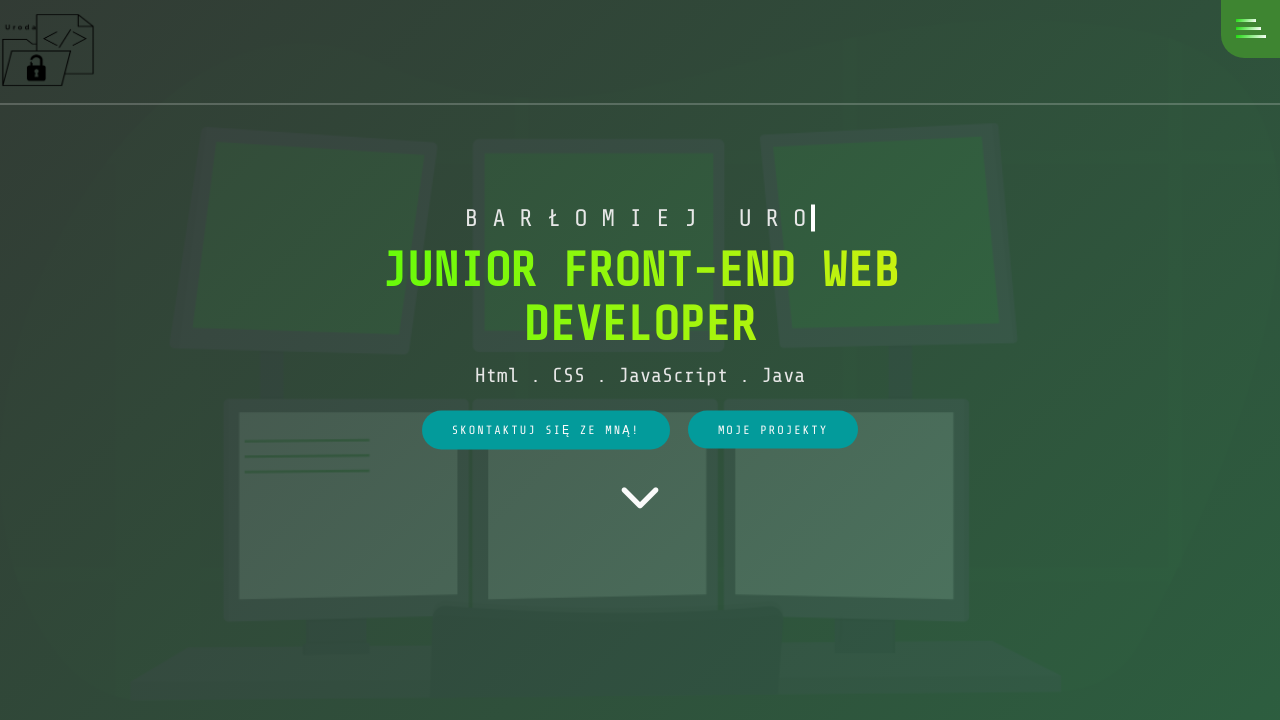
Repository: BartekUroda/portfolio
Page: index.html
These files come from the project's save history. The page is drawn as it stood at one moment and after the next save; the edit follows.
The browser window is 1280 px wide. The pictures show the whole page.
Some web libraries are served in a nearby version.

Above is the page before, as saved 2020-10-27 00:44:45.

After the next save:
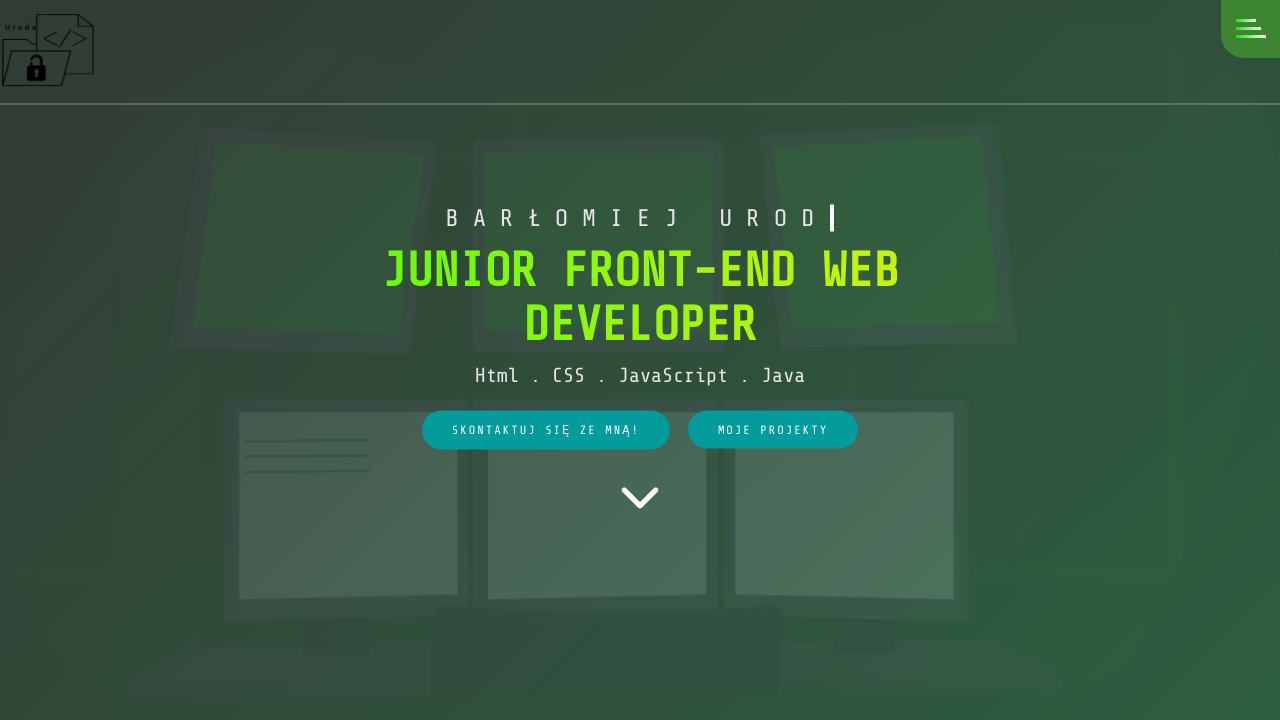
Saved 27 s later.
--- a/css/style.css
+++ b/css/style.css
@@ -195,8 +195,8 @@ nav {
     font-weight: 400;
     overflow: hidden;
     white-space: nowrap;
-    animation: typing 5s steps(27), blink 1s ease-in-out 7s infinite;
-    width: 27ch;
+    animation: typing 5s steps(30), blink 1s ease-in-out 7s infinite;
+    width: 30ch;
     margin: auto;
     border-right: 4px solid rgba(255, 255, 255, 1);
 }
@@ -206,7 +206,7 @@ nav {
       color: rgb(178, 249, 14);
     }
     100% {
-      width: 27ch;
+      width: 30ch;
     }
 }
 @keyframes blink {
